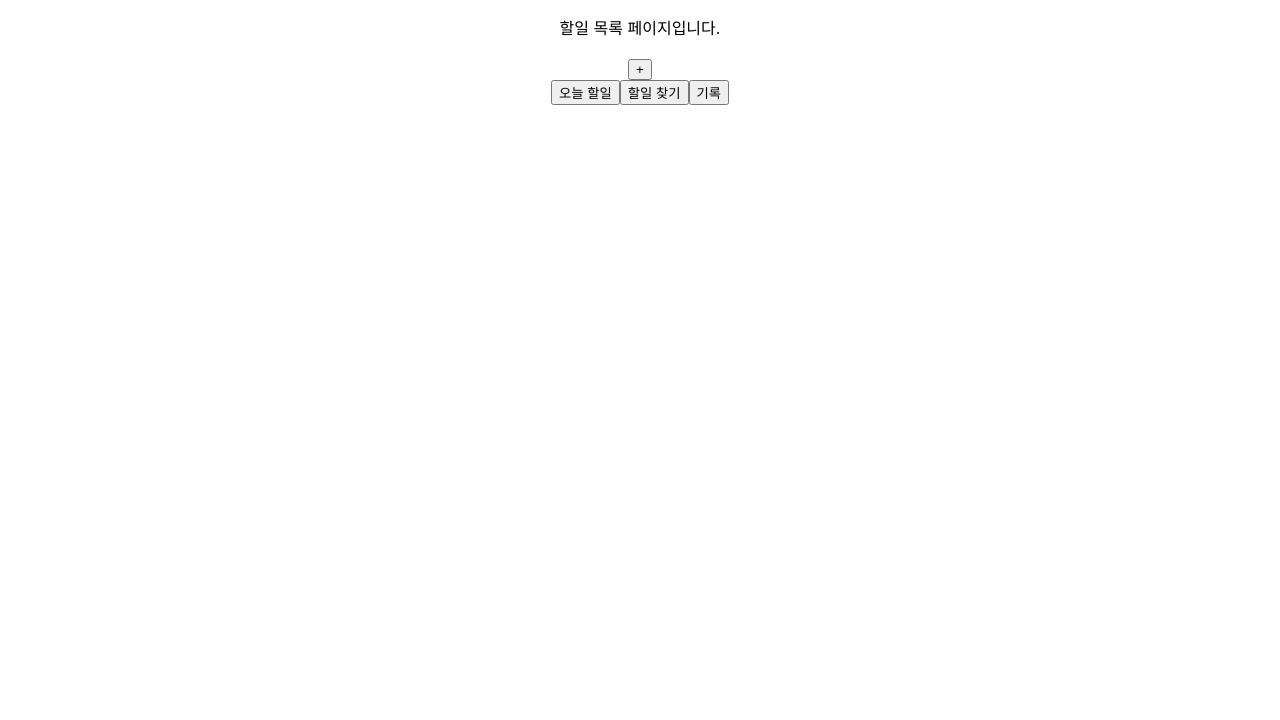
Repository: Tickley-Team/Tickley
Page: /todos
These files come from the project's save history. The page is drawn as it stood at one moment and after the next save; the edit follows.
The browser window is 1280 px wide. The pictures show the whole page.
The project was rebuilt for these pictures with package versions that can differ from the ones it lists, and the page was loaded fresh each time. Also part of the build but not shown: vite.config.ts, src/stores/recommendTodoFilterStore.ts, src/hooks/useCategoryNames.tsx, src/hooks/useFilteredTodos.tsx, src/hooks/useLocalStorage.ts, src/utils.ts, src/pages/TodosFind.tsx, src/pages/SurveySpareTime/index.tsx and 9 more.

Above is the page before, as saved 2024-12-08 16:37:59.

### index.html
<!doctype html>
<html lang="en">
  <head>
    <meta charset="UTF-8" />
    <link rel="icon" type="image/svg+xml" href="/vite.svg" />
    <meta name="viewport" content="width=device-width, initial-scale=1.0" />
    <title>티클리</title>
  </head>
  <body>
    <div id="root"></div>
    <script type="module" src="/src/main.tsx"></script>
  </body>
</html>

### src/index.css
:root {
  font-family: Inter, system-ui, Avenir, Helvetica, Arial, sans-serif;
  line-height: 1.5;
  font-weight: 400;

  color-scheme: light dark;

  font-synthesis: none;
  text-rendering: optimizeLegibility;
  -webkit-font-smoothing: antialiased;
  -moz-osx-font-smoothing: grayscale;
}

### src/App.tsx
import './App.css'

import Todos from './pages/Todos'
import TodosFind from './pages/TodosFind'
import SurveySpareTime from './pages/SurveySpareTime'
import Home from './pages/Home'
import OnboardingPage from './pages/OnboardingPage'
import TodosMemory from './pages/TodosMemory'
import ProgressTimer from './pages/ProgressTimer'
import CompletedTimer from './pages/CompletedTimer'
import { fetchRecommendTodos } from './api/fetchRecommendTodos'
import { createBrowserRouter, RouterProvider } from 'react-router'

function App() {
  const isProduction = process.env.NODE_ENV === 'production'
  const basename = isProduction ? '/Tickley' : '/'

  const router = createBrowserRouter(
    [
      {
        path: '/',
        element: <Home />,
      },
      {
        path: '/todos',
        element: <Todos />,
      },
      {
        path: '/todos/find',
        element: <TodosFind />,
        loader: () =>
          fetchRecommendTodos(
            `${import.meta.env.BASE_URL}data/todoRecommendData.json`,
          ),
      },
      {
        path: '/todos/memory',
        element: <TodosMemory />,
      },
      {
        path: '/survey',
        element: <SurveySpareTime />,
      },
      {
        path: '/onboarding/:onboardingId',
        element: <OnboardingPage />,
      },
      {
        path: '/timer/progress',
        element: <ProgressTimer />,
      },
      {
        path: '/timer/completed',
        element: <CompletedTimer />,
      },
    ],
    {
      basename,
    },
  )

  return (
    <div className="App">
      <RouterProvider router={router} />
    </div>
  )
}

export default App

### src/pages/Todos.tsx
import { useState } from 'react'
import { Link } from 'react-router'

const Todos = () => {
  const [addLayerStatus, setAddLayerStatus] = useState(false)
  const [bottomSheetStatus, setBottomSheetStatus] = useState(false)
  const [title, setTitle] = useState('')

  const handleAddLayerOpen = () => {
    setAddLayerStatus(true)
  }

  const handleAddLayerClose = () => {
    setAddLayerStatus(false)
  }

  const handleAddUrl = () => {
    alert('준비중인 서비스입니다')
  }

  const handleAddTodoLayer = () => {
    setAddLayerStatus(false)
    setBottomSheetStatus(true)
  }

  const handleCancel = () => {
    setBottomSheetStatus(false)
    setTitle('')
  }

  const handleChangeTitle = (e: React.ChangeEvent<HTMLInputElement>) => {
    setTitle(e.target.value)
  }

  const handleSubmit = () => {}

  return (
    <div>
      <p>할일 목록 페이지입니다.</p>
      {/* + 버튼을 눌렀을 때 할일 추가/볼것 추가 모달이 뜸(할일 목록 부분 dim 처리됨(이 부분은 css에서)) */}
      {/* 그리고 할일 추가를 클릭하면 할일 추가/볼것 추가 모달이 사라지고 할일 등록하는 바텀 시트 모달이 뜸 */}
      {/* 볼것 추가를 클릭하면 얼럿으로 처리 */}
      {/* X를 누르게 되면 할일 추가/볼것 추가 모달이 사라짐 */}
      {!bottomSheetStatus && (
        <button
          onClick={addLayerStatus ? handleAddLayerClose : handleAddLayerOpen}
        >
          {addLayerStatus ? 'X' : '+'}
        </button>
      )}
      {/* 할일 추가/볼것 추가 모달 START */}
      {addLayerStatus && (
        <div
          style={{ backgroundColor: 'skyblue' }}
          onClick={handleAddLayerClose}
        >
          <div className="add-layer">
            <button onClick={handleAddTodoLayer}>할일 추가</button>
            <button onClick={handleAddUrl}>볼 것(URL 추가)</button>
          </div>
        </div>
      )}
      {/* 할일 추가/볼것 추가 모달 END */}

      {/* 할일 등록하는 바텀 시트 모달 START */}
      {bottomSheetStatus && (
        <div>
          <input
            type="text"
            placeholder="새 할일 입력"
            value={title}
            onChange={handleChangeTitle}
          />
          {/* <RangeSlider /> */}
          <div>
            <button onClick={handleCancel}>취소</button>
            <button disabled={!title} onClick={handleSubmit}>
              추가
            </button>
          </div>
        </div>
      )}
      {/* 할일 등록하는 바텀 시트 모달 END */}
      <div>
        <Link to="/todos">
          <button>오늘 할일</button>
        </Link>
        <Link to="/todos/find">
          <button>할일 찾기</button>
        </Link>
        <Link to="/todos/memory">
          <button>기록</button>
        </Link>
      </div>
    </div>
  )
}

export default Todos

### src/api/fetchRecommendTodos.ts
import { RecommendTodo } from '../types'

export const fetchRecommendTodos = async (
  path: string,
): Promise<Array<RecommendTodo>> => {
  try {
    const response = await fetch(path)
    if (!response.ok) {
      throw new Error(`HTTP error! status: ${response.status}`)
    }
    return response.json()
  } catch (error) {
    if (error instanceof Error) {
      throw new Error(`데이터 로드 실패: ${error.message}`)
    }
    throw new Error('알 수 없는 에러가 발생했습니다')
  }
}

### src/layout/MobileLayout.tsx
import { Container } from '@mui/material'

export const MobileLayout = ({
  children,
  ...restProps
}: {
  children: React.ReactNode
}) => {
  return (
    <Container
      sx={{
        maxWidth: '375px', // 최대 너비 375px
        margin: '0 auto',
        backgroundColor: 'white',
        height: '100vh',
        display: 'flex', // Flexbox를 사용하여 콘텐츠 정렬
        flexDirection: 'column',
        justifyContent: 'center',
        alignItems: 'center',
      }}
      {...restProps}
    >
      {/* 여기에 콘텐츠를 추가 */}
      {children}
    </Container>
  )
}

Loaded but not shown: src/main.tsx (common file); src/App.css (common file)

After the next save:
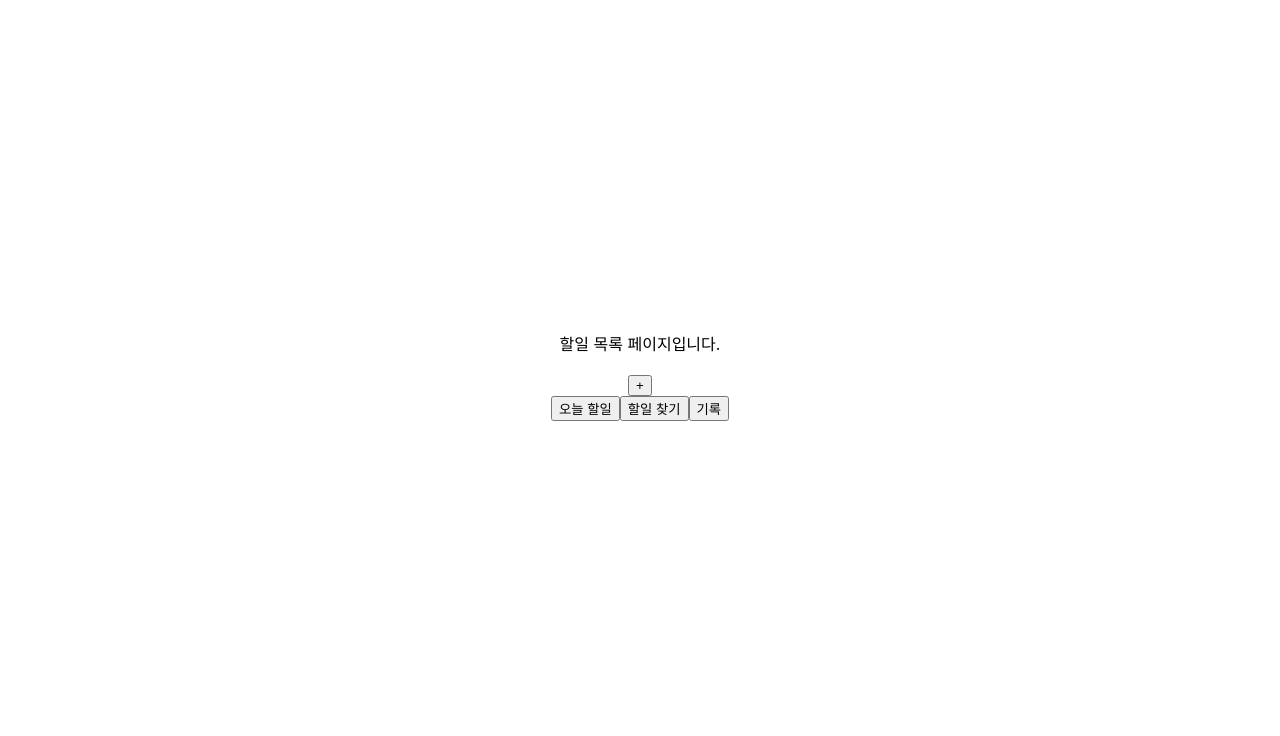
Saved 58 s later.
--- a/src/pages/Todos.tsx
+++ b/src/pages/Todos.tsx
@@ -1,5 +1,6 @@
 import { useState } from 'react'
 import { Link } from 'react-router'
+import { MobileLayout } from '../layout/MobileLayout'
 
 const Todos = () => {
   const [addLayerStatus, setAddLayerStatus] = useState(false)
@@ -35,64 +36,66 @@ const Todos = () => {
   const handleSubmit = () => {}
 
   return (
-    <div>
-      <p>할일 목록 페이지입니다.</p>
-      {/* + 버튼을 눌렀을 때 할일 추가/볼것 추가 모달이 뜸(할일 목록 부분 dim 처리됨(이 부분은 css에서)) */}
-      {/* 그리고 할일 추가를 클릭하면 할일 추가/볼것 추가 모달이 사라지고 할일 등록하는 바텀 시트 모달이 뜸 */}
-      {/* 볼것 추가를 클릭하면 얼럿으로 처리 */}
-      {/* X를 누르게 되면 할일 추가/볼것 추가 모달이 사라짐 */}
-      {!bottomSheetStatus && (
-        <button
-          onClick={addLayerStatus ? handleAddLayerClose : handleAddLayerOpen}
-        >
-          {addLayerStatus ? 'X' : '+'}
-        </button>
-      )}
-      {/* 할일 추가/볼것 추가 모달 START */}
-      {addLayerStatus && (
-        <div
-          style={{ backgroundColor: 'skyblue' }}
-          onClick={handleAddLayerClose}
-        >
-          <div className="add-layer">
-            <button onClick={handleAddTodoLayer}>할일 추가</button>
-            <button onClick={handleAddUrl}>볼 것(URL 추가)</button>
+    <MobileLayout>
+      <div>
+        <p>할일 목록 페이지입니다.</p>
+        {/* + 버튼을 눌렀을 때 할일 추가/볼것 추가 모달이 뜸(할일 목록 부분 dim 처리됨(이 부분은 css에서)) */}
+        {/* 그리고 할일 추가를 클릭하면 할일 추가/볼것 추가 모달이 사라지고 할일 등록하는 바텀 시트 모달이 뜸 */}
+        {/* 볼것 추가를 클릭하면 얼럿으로 처리 */}
+        {/* X를 누르게 되면 할일 추가/볼것 추가 모달이 사라짐 */}
+        {!bottomSheetStatus && (
+          <button
+            onClick={addLayerStatus ? handleAddLayerClose : handleAddLayerOpen}
+          >
+            {addLayerStatus ? 'X' : '+'}
+          </button>
+        )}
+        {/* 할일 추가/볼것 추가 모달 START */}
+        {addLayerStatus && (
+          <div
+            style={{ backgroundColor: 'skyblue' }}
+            onClick={handleAddLayerClose}
+          >
+            <div className="add-layer">
+              <button onClick={handleAddTodoLayer}>할일 추가</button>
+              <button onClick={handleAddUrl}>볼 것(URL 추가)</button>
+            </div>
           </div>
+        )}
+        {/* 할일 추가/볼것 추가 모달 END */}
+
+        {/* 할일 등록하는 바텀 시트 모달 START */}
+        {bottomSheetStatus && (
+          <div>
+            <input
+              type="text"
+              placeholder="새 할일 입력"
+              value={title}
+              onChange={handleChangeTitle}
+            />
+            {/* <RangeSlider /> */}
+            <div>
+              <button onClick={handleCancel}>취소</button>
+              <button disabled={!title} onClick={handleSubmit}>
+                추가
+              </button>
+            </div>
+          </div>
+        )}
+        {/* 할일 등록하는 바텀 시트 모달 END */}
+        <div>
+          <Link to="/todos">
+            <button>오늘 할일</button>
+          </Link>
+          <Link to="/todos/find">
+            <button>할일 찾기</button>
+          </Link>
+          <Link to="/todos/memory">
+            <button>기록</button>
+          </Link>
         </div>
-      )}
-      {/* 할일 추가/볼것 추가 모달 END */}
-
-      {/* 할일 등록하는 바텀 시트 모달 START */}
-      {bottomSheetStatus && (
-        <div>
-          <input
-            type="text"
-            placeholder="새 할일 입력"
-            value={title}
-            onChange={handleChangeTitle}
-          />
-          {/* <RangeSlider /> */}
-          <div>
-            <button onClick={handleCancel}>취소</button>
-            <button disabled={!title} onClick={handleSubmit}>
-              추가
-            </button>
-          </div>
-        </div>
-      )}
-      {/* 할일 등록하는 바텀 시트 모달 END */}
-      <div>
-        <Link to="/todos">
-          <button>오늘 할일</button>
-        </Link>
-        <Link to="/todos/find">
-          <button>할일 찾기</button>
-        </Link>
-        <Link to="/todos/memory">
-          <button>기록</button>
-        </Link>
       </div>
-    </div>
+    </MobileLayout>
   )
 }
 
